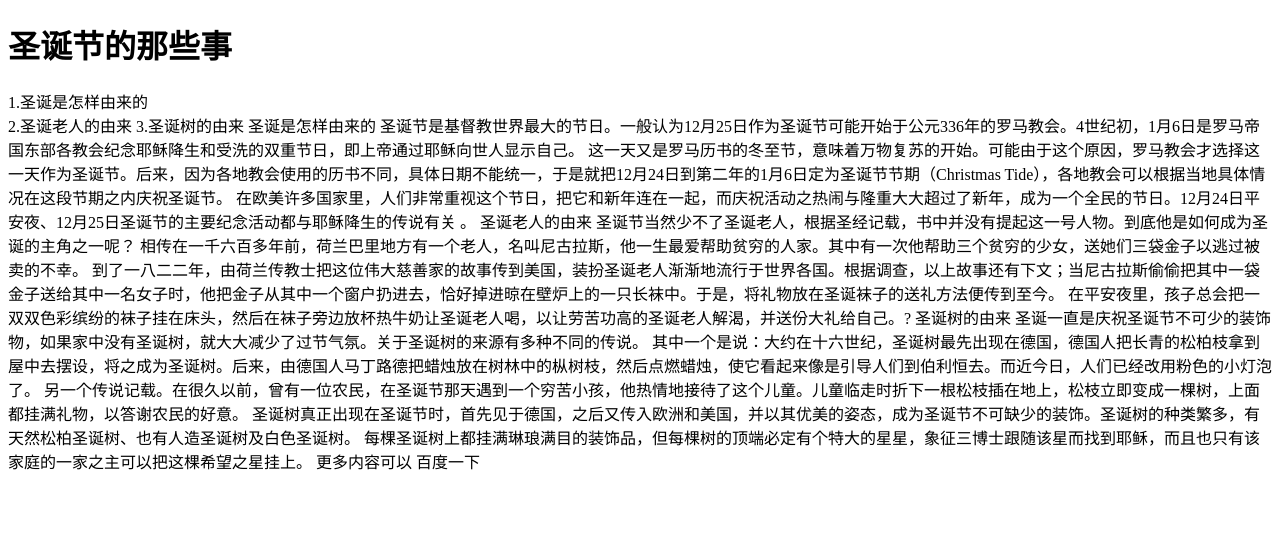
Repository: 129021/Front-end-learning
Page: 17-综合案例/demo.html
These files come from the project's save history. The page is drawn as it stood at one moment and after a run of saves; the edit follows.
The browser window is 1280 px wide. The pictures show the whole page.

Above is the page before, as saved 2021-10-15 16:44:49.

### 17-综合案例/demo.html
<!DOCTYPE html>
<html lang="en">

<head>
    <meta charset="UTF-8">
    <meta http-equiv="X-UA-Compatible" content="IE=edge">
    <meta name="viewport" content="width=device-width, initial-scale=1.0">
    <title>Document</title>
</head>

<body>
    <h1>圣诞节的那些事</h1>
    1.圣诞是怎样由来的<br /> 2.圣诞老人的由来 3.圣诞树的由来 圣诞是怎样由来的 圣诞节是基督教世界最大的节日。一般认为12月25日作为圣诞节可能开始于公元336年的罗马教会。4世纪初，1月6日是罗马帝国东部各教会纪念耶稣降生和受洗的双重节日，即上帝通过耶稣向世人显示自己。 这一天又是罗马历书的冬至节，意味着万物复苏的开始。可能由于这个原因，罗马教会才选择这一天作为圣诞节。后来，因为各地教会使用的历书不同，具体日期不能统一，于是就把12月24日到第二年的1月6日定为圣诞节节期（Christmas
    Tide），各地教会可以根据当地具体情况在这段节期之内庆祝圣诞节。 在欧美许多国家里，人们非常重视这个节日，把它和新年连在一起，而庆祝活动之热闹与隆重大大超过了新年，成为一个全民的节日。12月24日平安夜、12月25日圣诞节的主要纪念活动都与耶稣降生的传说有关 。 圣诞老人的由来 圣诞节当然少不了圣诞老人，根据圣经记载，书中并没有提起这一号人物。到底他是如何成为圣诞的主角之一呢？ 相传在一千六百多年前，荷兰巴里地方有一个老人，名叫尼古拉斯，他一生最爱帮助贫穷的人家。其中有一次他帮助三个贫穷的少女，送她们三袋金子以逃过被卖的不幸。
    到了一八二二年，由荷兰传教士把这位伟大慈善家的故事传到美国，装扮圣诞老人渐渐地流行于世界各国。根据调查，以上故事还有下文；当尼古拉斯偷偷把其中一袋金子送给其中一名女子时，他把金子从其中一个窗户扔进去，恰好掉进晾在壁炉上的一只长袜中。于是，将礼物放在圣诞袜子的送礼方法便传到至今。 在平安夜里，孩子总会把一双双色彩缤纷的袜子挂在床头，然后在袜子旁边放杯热牛奶让圣诞老人喝，以让劳苦功高的圣诞老人解渴，并送份大礼给自己。? 圣诞树的由来 圣诞一直是庆祝圣诞节不可少的装饰物，如果家中没有圣诞树，就大大减少了过节气氛。关于圣诞树的来源有多种不同的传说。
    其中一个是说：大约在十六世纪，圣诞树最先出现在德国，德国人把长青的松柏枝拿到屋中去摆设，将之成为圣诞树。后来，由德国人马丁路德把蜡烛放在树林中的枞树枝，然后点燃蜡烛，使它看起来像是引导人们到伯利恒去。而近今日，人们已经改用粉色的小灯泡了。 另一个传说记载。在很久以前，曾有一位农民，在圣诞节那天遇到一个穷苦小孩，他热情地接待了这个儿童。儿童临走时折下一根松枝插在地上，松枝立即变成一棵树，上面都挂满礼物，以答谢农民的好意。 圣诞树真正出现在圣诞节时，首先见于德国，之后又传入欧洲和美国，并以其优美的姿态，成为圣诞节不可缺少的装饰。圣诞树的种类繁多，有天然松柏圣诞树、也有人造圣诞树及白色圣诞树。
    每棵圣诞树上都挂满琳琅满目的装饰品，但每棵树的顶端必定有个特大的星星，象征三博士跟随该星而找到耶稣，而且也只有该家庭的一家之主可以把这棵希望之星挂上。 更多内容可以 百度一下 </body>

</html>

After the next 5 saves:
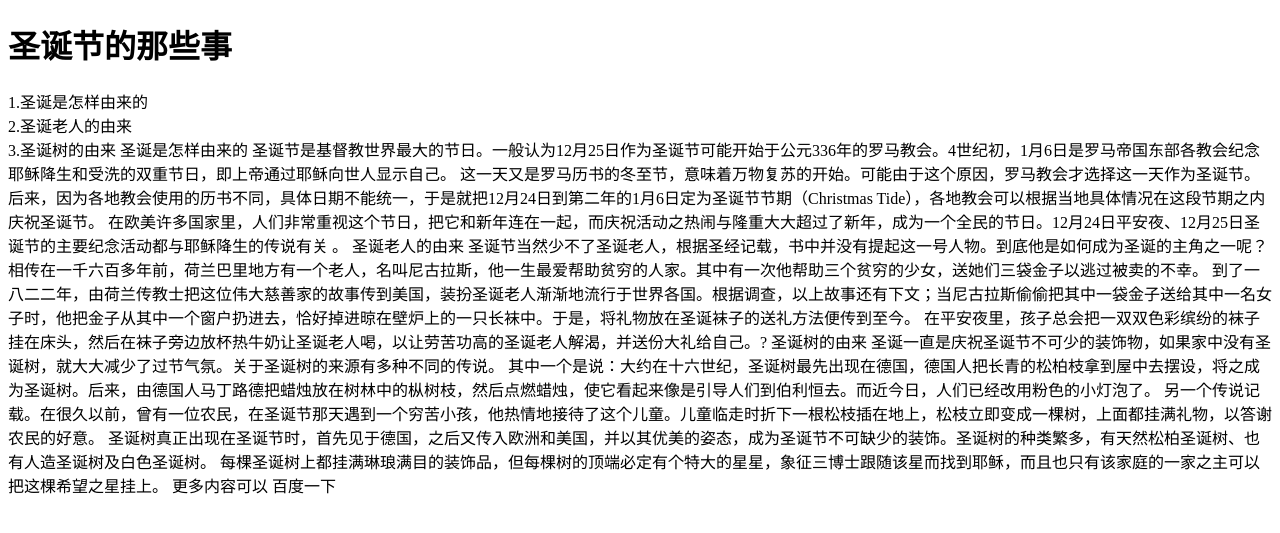
The 5 saves are shown as one change because they came seconds apart.
The last was saved 15 s later.
--- a/17-综合案例/demo.html
+++ b/17-综合案例/demo.html
@@ -10,10 +10,11 @@
 
 <body>
     <h1>圣诞节的那些事</h1>
-    1.圣诞是怎样由来的<br /> 2.圣诞老人的由来 3.圣诞树的由来 圣诞是怎样由来的 圣诞节是基督教世界最大的节日。一般认为12月25日作为圣诞节可能开始于公元336年的罗马教会。4世纪初，1月6日是罗马帝国东部各教会纪念耶稣降生和受洗的双重节日，即上帝通过耶稣向世人显示自己。 这一天又是罗马历书的冬至节，意味着万物复苏的开始。可能由于这个原因，罗马教会才选择这一天作为圣诞节。后来，因为各地教会使用的历书不同，具体日期不能统一，于是就把12月24日到第二年的1月6日定为圣诞节节期（Christmas
-    Tide），各地教会可以根据当地具体情况在这段节期之内庆祝圣诞节。 在欧美许多国家里，人们非常重视这个节日，把它和新年连在一起，而庆祝活动之热闹与隆重大大超过了新年，成为一个全民的节日。12月24日平安夜、12月25日圣诞节的主要纪念活动都与耶稣降生的传说有关 。 圣诞老人的由来 圣诞节当然少不了圣诞老人，根据圣经记载，书中并没有提起这一号人物。到底他是如何成为圣诞的主角之一呢？ 相传在一千六百多年前，荷兰巴里地方有一个老人，名叫尼古拉斯，他一生最爱帮助贫穷的人家。其中有一次他帮助三个贫穷的少女，送她们三袋金子以逃过被卖的不幸。
-    到了一八二二年，由荷兰传教士把这位伟大慈善家的故事传到美国，装扮圣诞老人渐渐地流行于世界各国。根据调查，以上故事还有下文；当尼古拉斯偷偷把其中一袋金子送给其中一名女子时，他把金子从其中一个窗户扔进去，恰好掉进晾在壁炉上的一只长袜中。于是，将礼物放在圣诞袜子的送礼方法便传到至今。 在平安夜里，孩子总会把一双双色彩缤纷的袜子挂在床头，然后在袜子旁边放杯热牛奶让圣诞老人喝，以让劳苦功高的圣诞老人解渴，并送份大礼给自己。? 圣诞树的由来 圣诞一直是庆祝圣诞节不可少的装饰物，如果家中没有圣诞树，就大大减少了过节气氛。关于圣诞树的来源有多种不同的传说。
-    其中一个是说：大约在十六世纪，圣诞树最先出现在德国，德国人把长青的松柏枝拿到屋中去摆设，将之成为圣诞树。后来，由德国人马丁路德把蜡烛放在树林中的枞树枝，然后点燃蜡烛，使它看起来像是引导人们到伯利恒去。而近今日，人们已经改用粉色的小灯泡了。 另一个传说记载。在很久以前，曾有一位农民，在圣诞节那天遇到一个穷苦小孩，他热情地接待了这个儿童。儿童临走时折下一根松枝插在地上，松枝立即变成一棵树，上面都挂满礼物，以答谢农民的好意。 圣诞树真正出现在圣诞节时，首先见于德国，之后又传入欧洲和美国，并以其优美的姿态，成为圣诞节不可缺少的装饰。圣诞树的种类繁多，有天然松柏圣诞树、也有人造圣诞树及白色圣诞树。
-    每棵圣诞树上都挂满琳琅满目的装饰品，但每棵树的顶端必定有个特大的星星，象征三博士跟随该星而找到耶稣，而且也只有该家庭的一家之主可以把这棵希望之星挂上。 更多内容可以 百度一下 </body>
+    1.圣诞是怎样由来的<br /> 2.圣诞老人的由来
+    <br/> 3.圣诞树的由来 圣诞是怎样由来的 圣诞节是基督教世界最大的节日。一般认为12月25日作为圣诞节可能开始于公元336年的罗马教会。4世纪初，1月6日是罗马帝国东部各教会纪念耶稣降生和受洗的双重节日，即上帝通过耶稣向世人显示自己。 这一天又是罗马历书的冬至节，意味着万物复苏的开始。可能由于这个原因，罗马教会才选择这一天作为圣诞节。后来，因为各地教会使用的历书不同，具体日期不能统一，于是就把12月24日到第二年的1月6日定为圣诞节节期（Christmas Tide），各地教会可以根据当地具体情况在这段节期之内庆祝圣诞节。
+    在欧美许多国家里，人们非常重视这个节日，把它和新年连在一起，而庆祝活动之热闹与隆重大大超过了新年，成为一个全民的节日。12月24日平安夜、12月25日圣诞节的主要纪念活动都与耶稣降生的传说有关 。 圣诞老人的由来 圣诞节当然少不了圣诞老人，根据圣经记载，书中并没有提起这一号人物。到底他是如何成为圣诞的主角之一呢？ 相传在一千六百多年前，荷兰巴里地方有一个老人，名叫尼古拉斯，他一生最爱帮助贫穷的人家。其中有一次他帮助三个贫穷的少女，送她们三袋金子以逃过被卖的不幸。 到了一八二二年，由荷兰传教士把这位伟大慈善家的故事传到美国，装扮圣诞老人渐渐地流行于世界各国。根据调查，以上故事还有下文；当尼古拉斯偷偷把其中一袋金子送给其中一名女子时，他把金子从其中一个窗户扔进去，恰好掉进晾在壁炉上的一只长袜中。于是，将礼物放在圣诞袜子的送礼方法便传到至今。
+    在平安夜里，孩子总会把一双双色彩缤纷的袜子挂在床头，然后在袜子旁边放杯热牛奶让圣诞老人喝，以让劳苦功高的圣诞老人解渴，并送份大礼给自己。? 圣诞树的由来 圣诞一直是庆祝圣诞节不可少的装饰物，如果家中没有圣诞树，就大大减少了过节气氛。关于圣诞树的来源有多种不同的传说。 其中一个是说：大约在十六世纪，圣诞树最先出现在德国，德国人把长青的松柏枝拿到屋中去摆设，将之成为圣诞树。后来，由德国人马丁路德把蜡烛放在树林中的枞树枝，然后点燃蜡烛，使它看起来像是引导人们到伯利恒去。而近今日，人们已经改用粉色的小灯泡了。
+    另一个传说记载。在很久以前，曾有一位农民，在圣诞节那天遇到一个穷苦小孩，他热情地接待了这个儿童。儿童临走时折下一根松枝插在地上，松枝立即变成一棵树，上面都挂满礼物，以答谢农民的好意。 圣诞树真正出现在圣诞节时，首先见于德国，之后又传入欧洲和美国，并以其优美的姿态，成为圣诞节不可缺少的装饰。圣诞树的种类繁多，有天然松柏圣诞树、也有人造圣诞树及白色圣诞树。 每棵圣诞树上都挂满琳琅满目的装饰品，但每棵树的顶端必定有个特大的星星，象征三博士跟随该星而找到耶稣，而且也只有该家庭的一家之主可以把这棵希望之星挂上。
+    更多内容可以 百度一下 </body>
 
 </html>
